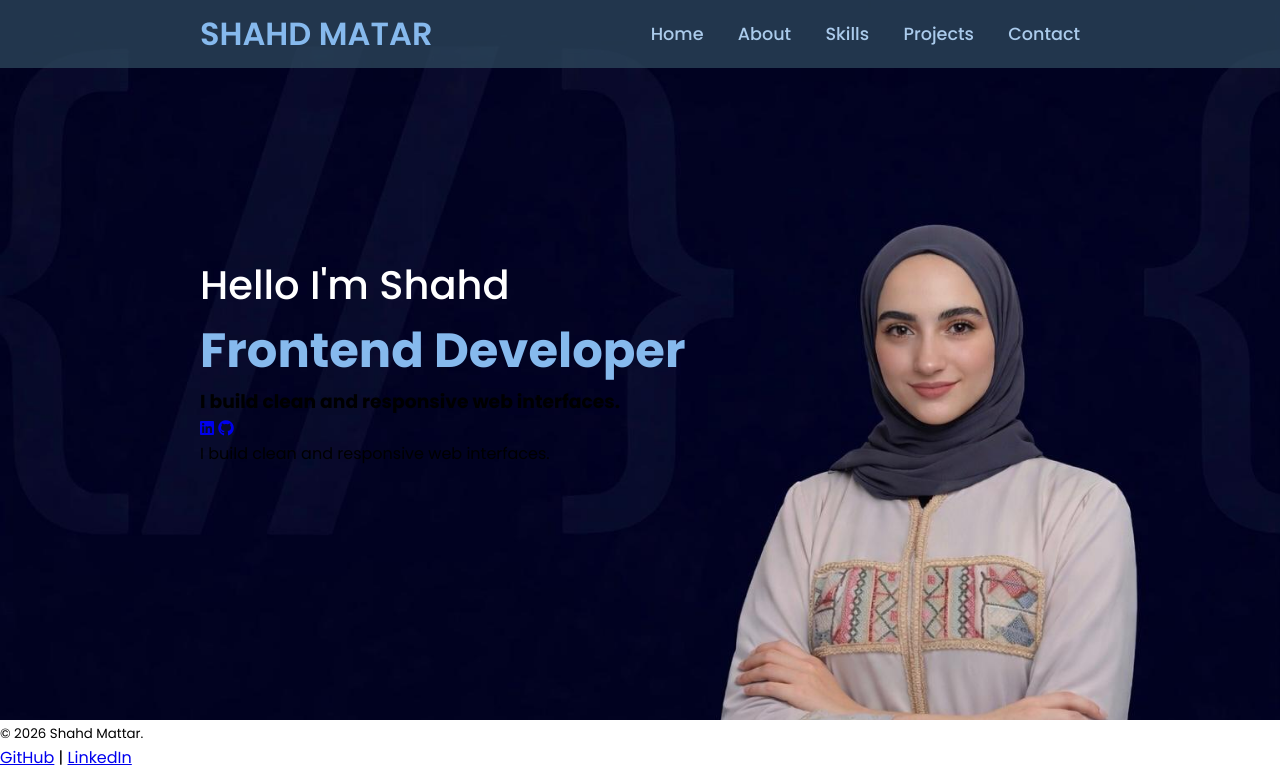
Repository: shahdmattar/personal-landing-page
Page: index.html
These files come from the project's save history. The page is drawn as it stood at one moment and after the next save; the edit follows.
The browser window is 1280 px wide. The pictures show the whole page.
Backgrounds fixed to the window are drawn as part of the page.

Above is the page before, as saved 2026-04-15 11:40:10.

After the next save:
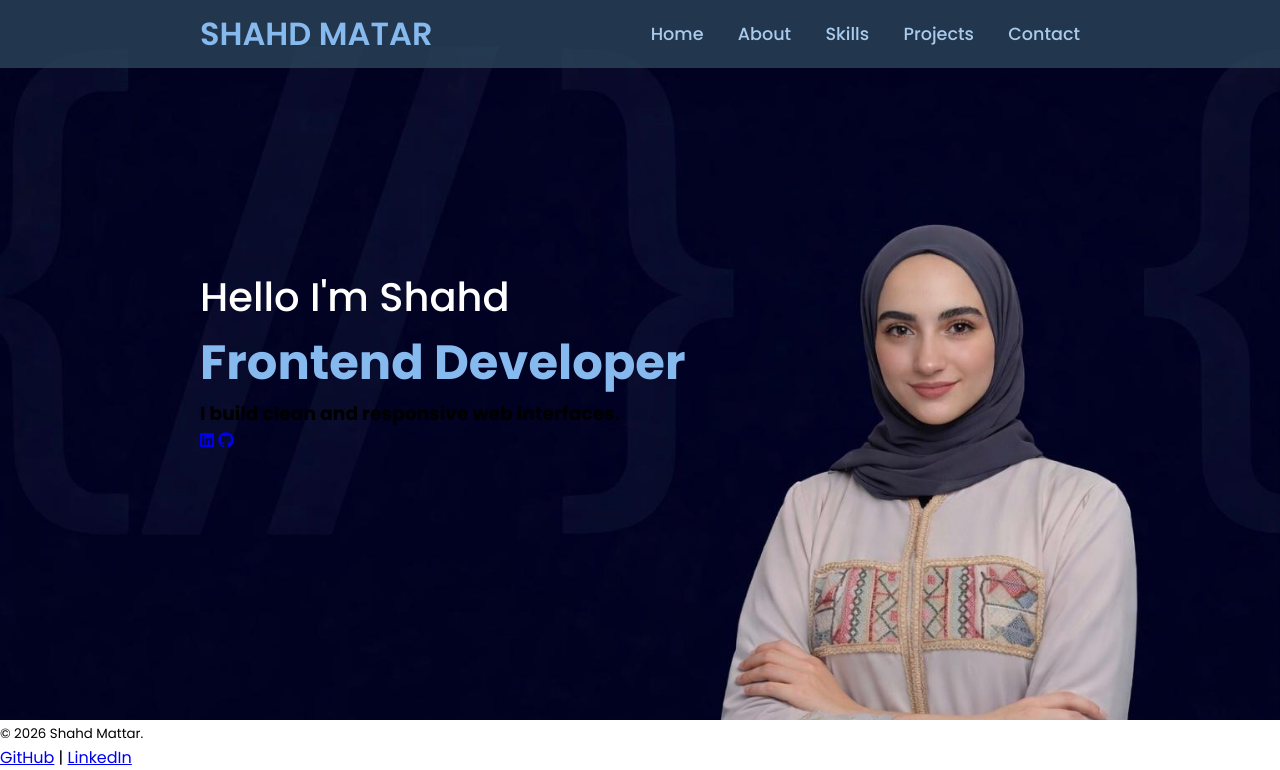
Saved 4 s later.
--- a/index.html
+++ b/index.html
@@ -37,9 +37,6 @@
             <a href="https://www.linkedin.com/in/shahd-matar-957608368"><i class="fab fa-linkedin"></i></a>
             <a href="https://github.com/shahdmattar"><i class="fab fa-github"></i></a>
           </div>
-          <p class="hero-desc">
-             I build clean and responsive web interfaces.
-          </p>
         </div>
       </section>
 
